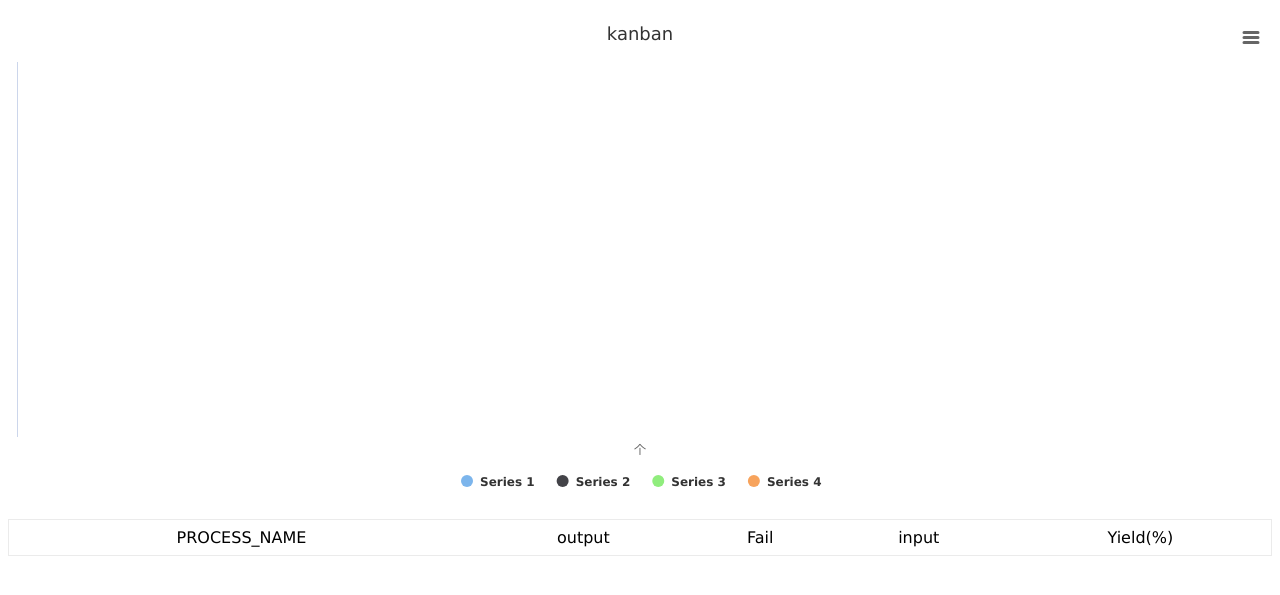
Repository: zxj19880502/mycode
Page: http://localhost/test1/line.jsp
The author's editor kept a copy of each file at every save. The page is drawn from the files as they stood at one save, then again after the next save.
The browser window is 1280 px wide. The pictures show the whole page.
The page is served by Tomcat 9. Queries for data that is not in the repository find no rows.

Above is the page before, as saved 2022-02-17 03:07:22.

After the next save:
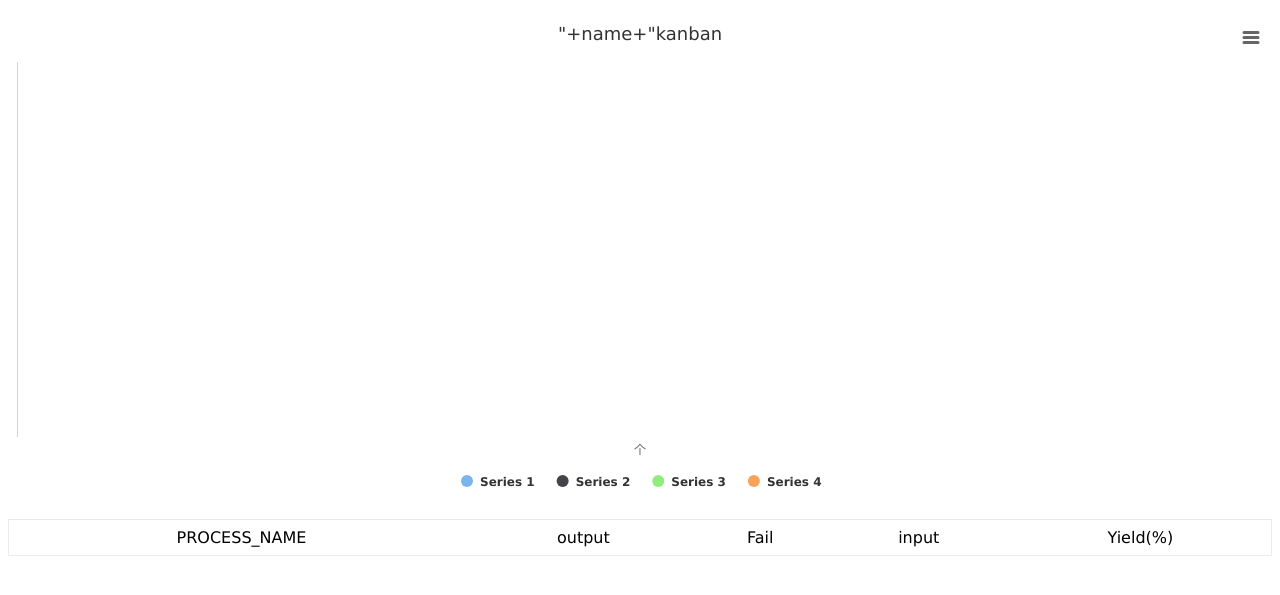
Saved 2 h 23 min later.
--- a/apache-tomcat-8.5.73/webapps/ROOT/test1/line.jsp
+++ b/apache-tomcat-8.5.73/webapps/ROOT/test1/line.jsp
@@ -175,7 +175,7 @@ Highcharts.chart('container', {
         }
     },
     title: {
-		text: 'kanban'
+		text: '"+name+"kanban'
 		// 该功能依赖 data.js 模块，详见https://www.hcharts.cn/docs/data-modules
 	},
 	yAxis: {
